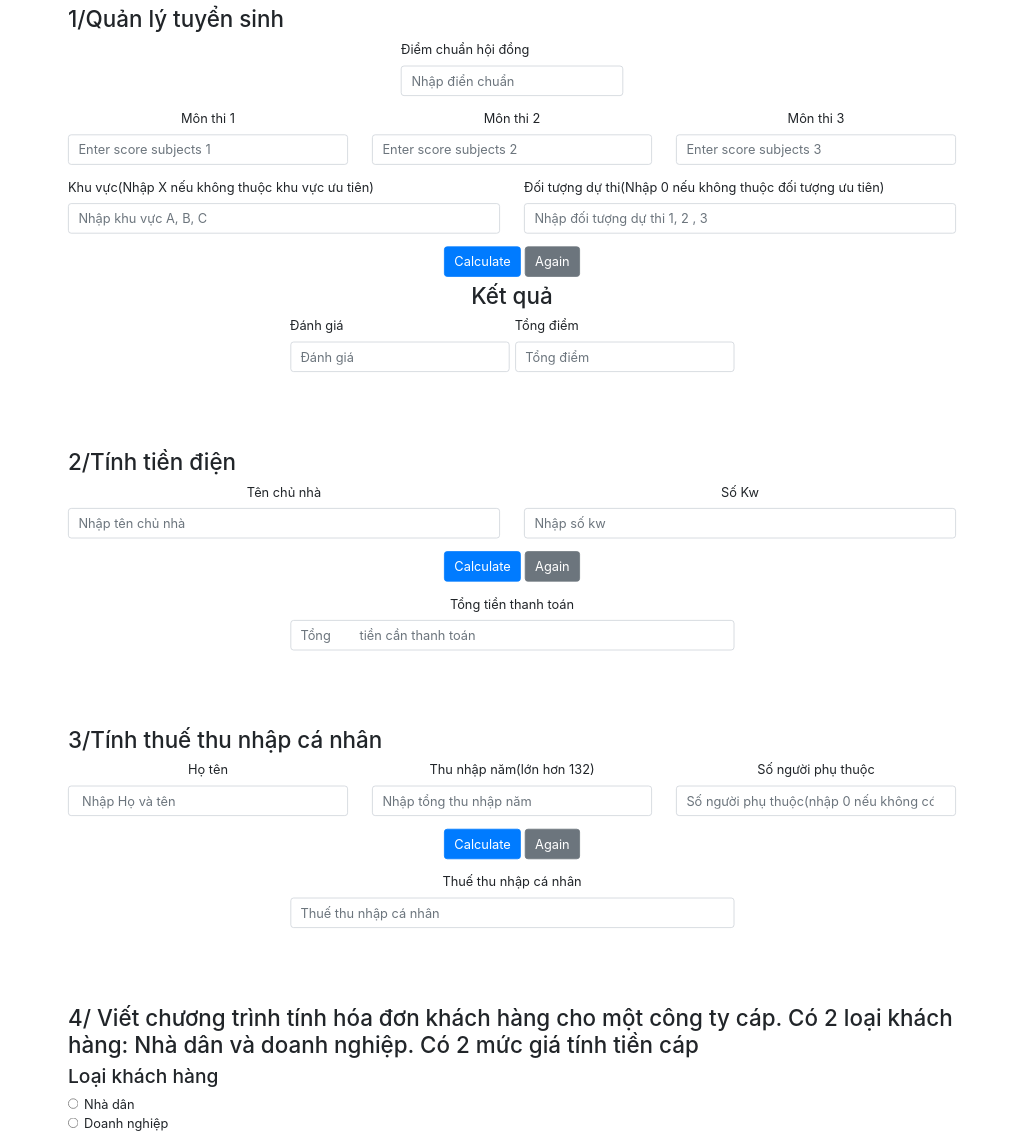
Repository: baobaodeveloper/bootcamp21__jsbasic4_HuynhAnhBao
Page: index.html
An editor plug-in stored every save of this project. The page is shown before and after the next save, followed by the edit.
The browser window is 1280 px wide. The pictures show the whole page, at 80% of full size.

Above is the page before, as saved 2022-03-13 23:08:31.

After the next save:
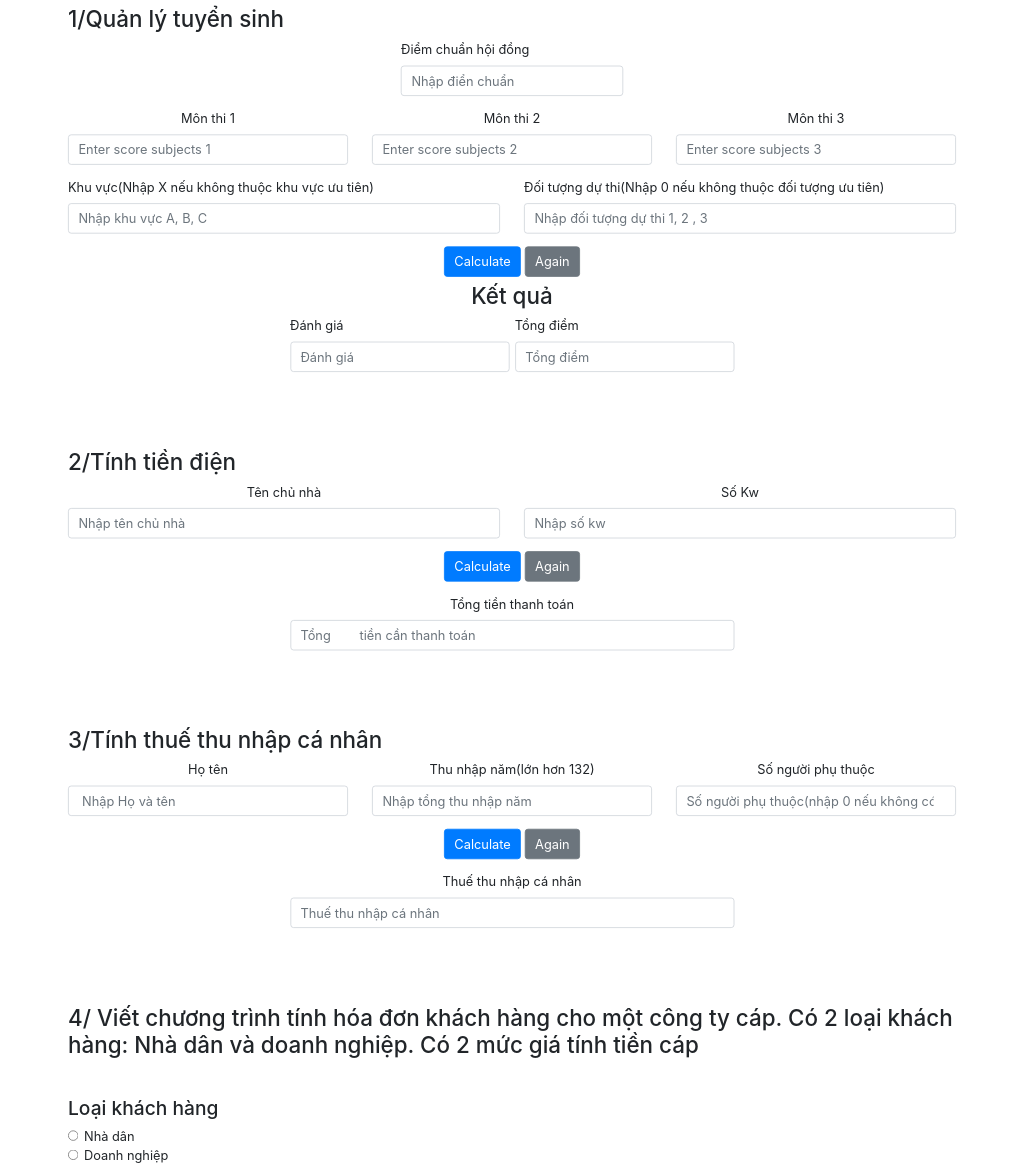
Saved 9 s later.
--- a/index.html
+++ b/index.html
@@ -228,7 +228,7 @@
         4/ Viết chương trình tính hóa đơn khách hàng cho một công ty cáp. Có 2
         loại khách hàng: Nhà dân và doanh nghiệp. Có 2 mức giá tính tiền cáp
       </h3>
-      <h4 class="mt-2 mt-2">Loại khách hàng</h4>
+      <h4 class="mt-5 mt-2">Loại khách hàng</h4>
       <div class="form-check">
         <input
           class="form-check-input"
